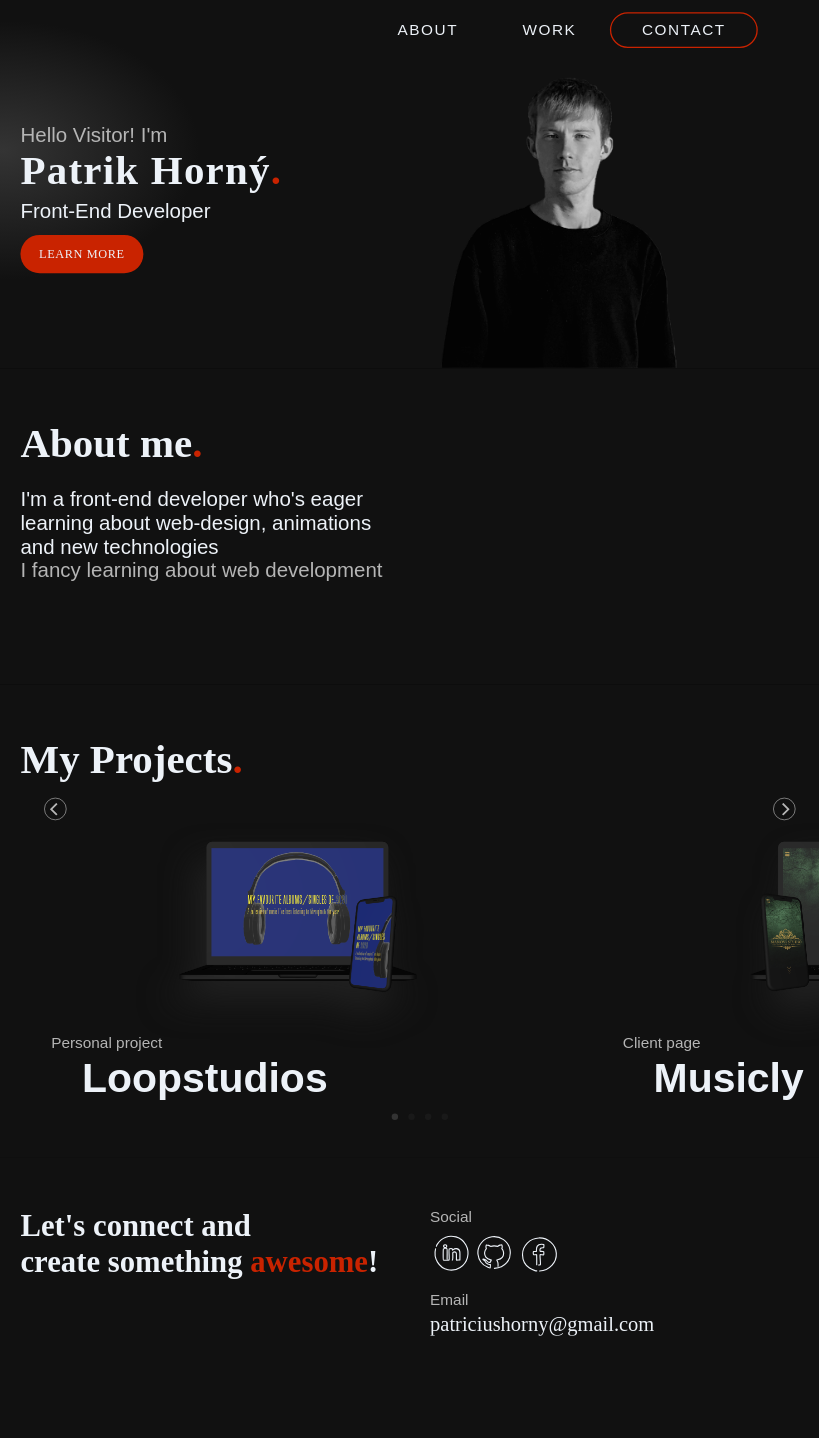
Repository: Spreceriany/portfolio
Page: index.html
An editor plug-in stored every save of this project. The page is shown before and after the next save, followed by the edit.
The browser window is 1280 px wide. The pictures show the whole page, at 64% of full size.
Some web fonts or font styles are not loaded; a fallback is used. The style sheet was rebuilt from its Sass, Less or Tailwind sources for each picture, by a compiler version that may differ from the author's.

Above is the page before, as saved 2021-03-11 15:26:12.

### index.html
<!DOCTYPE html>
<html lang="en">

<head>
    <meta charset="UTF-8">
    <meta http-equiv="X-UA-Compatible" content="IE=edge">
    <meta name="viewport" content="width=device-width, initial-scale=1.0">
    <title>Patrik Horny | Portfolio</title>
    <link rel="stylesheet" href="css/style.css">
    <link rel="preconnect" href="https://fonts.gstatic.com">
    <link href="https://fonts.googleapis.com/css2?family=Asul&family=Chivo:wght@900&display=swap" rel="stylesheet">
    <link rel="stylesheet" href="https://unpkg.com/flickity@2/dist/flickity.min.css">

</head>

<body>
    <header>
        <nav>
            <ul>
                <li><a href="#">About</a></li>
                <li><a href="#">Work</a></li>
                <li><a href="#">Contact</a></li>
            </ul>
            <div class="burger">
                <div class="line1"></div>
                <div class="line2"></div>
                <div class="line3"></div>
            </div>
        </nav>
    </header>

    <main>
        <section class="hero">
            <div class="hero__left-col">
                <p class="gray">Hello Visitor! I'm</p>
                <h1>Patrik Horný<span class="orange">.</span></h1>
                <p>Front-End Developer</p>
                <a href="#" class="btn">Learn more</a>

            </div>
            <div class="hero__right-col">
                <img src="./img/my_photo.png" alt="my-photo">

            </div>
        </section>

        <section class="about">
            <div class="about__left-col">
                <h2>About me<span class="orange">.</span></h2>
                <p>I'm a front-end developer who's eager learning about web-design, animations and new technologies
                </p>
                <p class="gray">I fancy learning about web development</p>
            </div>


        </section>

        <section class="work">
            <h2>My Projects<span class="orange">.</span></h2>
            <div class="carousel">

                <a class="work__item" href="https://musicly2020.netlify.app/">
                    <div class="block">
                        <img srcset="./img/musicly-mob/musicly-sm_aquzlh_c_scale,w_200.png 200w,
                        ./img/musicly-mob/musicly-sm_aquzlh_c_scale,w_662.png 611w,
                         ./img/musicly-lg.png  900w" src="./img/mobile/musicly-sm.png"  class="block-image" alt="musicly">

                        <small>Personal project</small>
                        <h3>Musicly 2020</h3>
                    </div>
                </a>

                <a class="work__item" href="https://manovistudio.dk/">
                    <div class="block">
                         <img srcset="./img/manovi-mob/manovistudio_euxpyv_c_scale,w_200.png 200w,
                         ./img/manovi-mob/manovistudio_euxpyv_c_scale,w_519.png 433w,
                         ./img/manovi-mob/manovistudio_euxpyv_c_scale,w_741.png 611w,
                         ./img/manovi-lg.png 900w"

                         src="./img/mobile/manovistudio.png" alt="manovistudio" class="block-image">
                         <small>Client page</small>
                         <h3>Manovistudio</h3>
                    </div>

                </a>

                <a class="work__item" href="https://wrappedgreen.netlify.app/">
                    <div class="block">
                          <img srcset="./img/wrapped-mob/wrapped-sm_lgvr6n_c_scale,w_200.png 200w,
                          ./img/wrapped-mob/wrapped-sm_lgvr6n_c_scale,w_583.png 433w,
                          ./img/wrapped-mob/wrapped-sm_lgvr6n_c_scale,w_848.png 644w,
                          ./img/wrapped-lg.png 900w"
                          src="./img/mobile/wrapped-sm.png" class="block-image" alt="wrappedgreen">
                          <small>Landing page</small>
                          <h3>Wrapped Green</h3>
                    </div>

                </a>



                <a class="work__item" href="https://loopstudiovr.netlify.app/">
                    <div class="block">
                        <img srcset="./img/loop-mob/loopstudios-sm_hzrmrv_c_scale,w_200.png 200w,
                        ./img/loop-mob/loopstudios-sm_hzrmrv_c_scale,w_433.png 433w,
                        ./img/loop-mob/loopstudios-sm_hzrmrv_c_scale,w_611.png 611w,
                        ./img/loop-lg.png 900w" src="./img/loop-mob/loopstudios-sm_hzrmrv_c_scale,w_200.png"
                    alt="loopstudios" class="block-image">
                        <small>Landing page</small>
                        <h3>Loopstudios</h3>

                    </div>

                </a>





            </div>

        </section>

        <section class="contact">
            <div class="contact__left-col">
                <h3>Let's connect and</h3>
                <h3>create something <span class="orange">awesome</span>! </h3>
            </div>

            <div class="contact__right-col">
                <small class="gray">Social
                </small>
                <ul>
                    <li><a href="https://www.linkedin.com/in/patrik-horn%C3%BD-42b797205/">
                            <?xml version="1.0" ?><svg height="256px" id="Layer_1" version="1.1" viewBox="0 0 256 256"
                                width="256px" xml:space="preserve" xmlns="http://www.w3.org/2000/svg"
                                xmlns:xlink="http://www.w3.org/1999/xlink">
                                <path class="st0"
                                    d="M34.367,105.308c-15.255,58.994,21.499,118.714,77.309,130.865c54.491,11.864,108.741-24.931,122.132-78.209  c13.576-54.011-18.103-112.414-72.055-127.246C77.289,8.035,39.505,84.527,39.501,88.37" />
                                <path class="st0"
                                    d="M106.662,168.972c-0.36-21.051,0.978-61.432-0.945-63.422  c-1.923-1.99-17.046-7.923-19.883-12.471c-2.838-4.548-2.011-13.662,8.126-13.674s11.419,8.666,8.78,14.31  c-2.64,5.644-17.584,9.811-19.288,12.105c-1.704,2.294-2.429,68.28,0,69.899c2.429,1.619,32.926,1.484,35.624-0.54  c2.699-2.024-3.374-67.47,0-69.09s17.407-1.889,19.162-1.079c1.754,0.81,0.675,7.692,1.889,8.366  c1.214,0.675,10.171-11.177,24.289-9.446c10.46,1.282,19.837,10.121,21.321,18.892s0.899,34.545,0.54,51.817  c-7.197,0.27-14.394,0.675-21.59,0.945c-0.27-14.574,1.08-33.6-0.81-43.586c-1.889-9.986-22.328-9.849-22.13,0  s1.619,43.586-2.699,43.451"
                                    id="linkedin" />
                            </svg>
                        </a></li>
                    <li><a href="https://github.com/Spreceriany">
                            <?xml version="1.0" ?><svg height="256px" id="Layer_2" version="1.1" viewBox="0 0 256 256"
                                width="256px" xml:space="preserve" xmlns="http://www.w3.org/2000/svg"
                                xmlns:xlink="http://www.w3.org/1999/xlink">
                                <path class="st0" d="M128.1,222.073" />
                                <path class="st0"
                                    d="M130.164,226.986c63.917-3.557,108.667-52.057,97.259-116.5c-9.288-52.47-60.722-87.613-112.739-80.577  C61.952,37.041,21.39,85.877,27.386,139.004c5.689,47.857,35.128,70.23,59.685,80.335c5.717,2.353,13.401,5.785,15.997,5.229  c2.596-0.556,1.763-14.95,1.763-21.889c-16,2.459-21.475-3.841-24.875-7.563c-3.857-4.222-6.125-8.563-10.063-14.938  s-11.063-4.875-11.813-8.563s15-2.688,26.313,11.25c8.188,10.146,16.928,7.089,21.625,4.188c0.154-1.612,0.526-3.775,1.438-6.188  c0.967-2.557,3.625-4.104,3.208-5.854c-0.417-1.75-21.804-0.577-34-17.667c-8.809-12.344-9.129-26.955-5.667-37.833  c2.322-7.297,6.196-12.443,8.833-15.417c-1.011-2.162-2.513-6.109-2.583-11.25c-0.076-5.549,1.554-9.796,2.583-12  c3.492,0.104,8.54,0.644,14.25,2.667c5.469,1.937,9.593,4.542,12.333,6.583c4.975-1.671,12.218-3.489,21.083-3.667  c10.135-0.203,18.344,1.819,23.667,3.583c2.616-2.336,6.987-5.648,13.167-7.917c4.489-1.648,8.518-2.229,11.5-2.417  c1.143,2.165,3.075,6.519,3.167,12.332c0.085,5.351-1.426,9.47-2.416,11.664c2.867,3.459,7.394,9.875,9.502,18.995  c0.751,3.249,4.857,20.981-6.996,36.24c-12.408,15.974-33.06,13.524-33.992,15.73c-0.932,2.206,3.964,6.297,6.266,14.877  c2.302,8.58,1.327,24.979,1.327,24.979" />
                            </svg>
                        </a></li>

                    <li><a href="https://www.facebook.com/profile.php?id=100007154296012">
                            <?xml version="1.0" ?><svg height="256px" id="Layer_1" version="1.1" viewBox="0 0 256 256"
                                width="256px" xml:space="preserve" xmlns="http://www.w3.org/2000/svg"
                                xmlns:xlink="http://www.w3.org/1999/xlink">
                                <g>
                                    <path class="st0"
                                        d="M118.489,204.01c0.668-30.724-0.583-59.627-0.514-61.433c0.099-2.572-16.945,1.061-19.046-1.053   c-2.101-2.114-3.309-18.205-0.521-19.591s15.355,1.129,18.007-0.526c2.652-1.655-11.513-55.269,46.601-43.421   c1.589,0.795-0.132,18.732-1.059,20.122c-0.927,1.39-12.708-1.787-19.062,3.177c-6.354,4.964-3.707,18.664-2.383,19.591   c1.324,0.927,20.188,0.198,21.445,1.589s1.456,18.798,0,20.122c-1.456,1.324-20.819-2.41-22.769-1.058   c-1.606,1.113,4.224,60.038,2.558,62.373c-1.666,2.335-7.731,2.133-11.56,2.226" />
                                    <path class="st0"
                                        d="M136.577,243.358c60.912-1.648,108.145-53.478,104.395-110.472c-3.662-55.647-54.02-97.612-108.923-95.753   C76.39,39.017,29.02,85.605,29.68,141.555c1.549,87.443,85.505,102.61,89.2,101.551" />
                                </g>
                            </svg>
                        </a></li>
                </ul>
                <small class="gray">Email</small>
                <a href="mailto:patriciushorny@gmail.com">patriciushorny@gmail.com</a>
            </div>

        </section>
    </main>

    <script src="https://unpkg.com/flickity@2/dist/flickity.pkgd.min.js"></script>

    <script src="js/script.js"></script>

</body>

</html>

### js/script.js
var elem = document.querySelector(".carousel");
var flkty = new Flickity(elem, {
  contain: true,

  prevNextButtons: true,
  pageDots: true,
  cellAlign: "left",
  contain: true,
  wrapAround:true,

});

### css/style.scss
@import "button/button";
@import "colors/colors";
@import "./mixin/mixin";
@import "./components/header";
@import "./components/hero";
@import "./components/about";

body {
  font-family: "Asul", "Chivo", sans-serif;
  margin: auto;
  max-width: 1920px;
  overflow-x: hidden;
  background: radial-gradient(
    59.93% 44.1% at -11.63% 36.77%,
    #343434 0%,
    #111111 100%
  );
}

* {
  box-sizing: border-box;
  margin: 0;
  padding: 0;
  -webkit-font-smoothing: antialiased;
  -moz-osx-font-smoothing: grayscale;
}




main {
  margin: 0 auto;
  background-color: black;
}





.work {
  width: 100%;
  padding: 5em 0;
  position: relative;
  background-color: $black;
  padding-left: 2em;
  h2 {
    color: $white-ish;
    font-family: "Chivo";

    @include clamping(2rem, 5vw, 6rem);

  }
  &__item {
    position: relative;
    width: 69%;
    height: 100%;
    margin-right: 2em;
    display: flex;
    flex-direction: column;
    padding-bottom: 2em;


    .link{
      opacity:0;
      position: absolute;
      top: 100%;
      left: 24%;
      text-decoration: none;
      color: $white-ish;
      border:1px solid $white-ish;
    }


    .block{
      height: 100%;
    }
    .block:hover {
      .link{
        opacity:1;
        z-index: 5;
      }



    }
    img {
      width: 100%;
      height: 100%;
      object-fit: contain;
      position: relative;
    }
    &:nth-child(odd) img {
      filter: drop-shadow(-17px 31px 25px rgb(32, 32, 32));
    }
    &:nth-child(even) img {
      filter: drop-shadow(20px 31px 25px rgb(32, 32, 32));
    }

    small {
      display: block;
      color: $gray;
      font-size: clamp(0.8rem, 3vw, 1.5rem);
    }
    h2 {
      color: $white-ish;
      font-family: "Asul";
      letter-spacing: 0.02em;
      padding-left: 0;
      font-weight: normal;
      @include clamping(1.7rem, 5vw, 6rem);
    }

    h3{
      @include clamping(1.7rem, 5vw, 4rem);
      color: $white-ish;
      position: relative;
      display: inline-block;
      color: $orange;
      overflow: hidden;
      background: linear-gradient(to right, $orange, $orange 50%, $white-ish 50%);
      background-clip: text;
      -webkit-background-clip: text;
      -webkit-text-fill-color: transparent;
      background-size: 200% 100%;
      background-position: 100%;
      transition: background-position 275ms ease;
      text-decoration: none;
      &:hover {
        background-position: 0 100%;
      }
    }

    small,
    h3 {
      position: absolute;
      margin-top: 1.5em;
      top: 74%;
      padding-left: 2em;

      @media(min-width:1000px){
        margin-top:  0.8em;
      }
    }
  }
}

.carousel{
  width:100%;
  height:50vh;
  @media(min-width:1212px){
    height: 70vh;
  }

}




.flickity-viewport{
  height: 100% !important;
}

.contact{
  width: 100%;
  padding: 5em 0 10em 0em;
  background: $black;
  color: $white-ish;
  display: grid;
  grid-template-columns: 1fr;
  @media(min-width:556px){
    grid-template-columns: 1fr 1fr;
  }


  &__left-col{
    margin-bottom: 2em;
    font-family: 'Asul';
    padding: 0em 2em;
    @media(max-width:556px){
      padding: 0;
    }
    h3{
      @include clamping(2rem, 5vw, 3rem);


      .orange{

        font-weight: bold;


      }
    }
  }

  &__right-col{
    display: flex;
    flex-direction: column;
    @media(max-width:556px){
      padding:0;
    }
    padding: 0em 2em;

    small{
      @include clamping(.9rem,3vw ,1.5rem );
      margin-bottom: .2em ;
    }

    svg {
      width: 100%;
      height: 100%;
      fill: none;
      stroke: #edf2f8;
      stroke-width: 7;
      stroke-linecap: round;
      stroke-linejoin: round;
      stroke-miterlimit: 10;
      transition: stroke 0.3s, transform 0.3s ease-in;
      &:hover {
        stroke: $orange !important;
        transform: translateY(-2px);
      }
    }

    ul {
      list-style-type: none;
      li {
        display: inline-flex;
        width: 3em;
        @media(min-width:556px){
          width: 4em;
          margin-bottom: 1.5em;
        }
        img {
          width: 100%;
        }
      }
    }

    a{
      @include clamping(1.5rem, 5vw, 2rem);
      position: relative;
      display: inline-block;
      color: $orange;
      overflow: hidden;
      background: linear-gradient(to right, $orange, $orange 50%, $white-ish 50%);
      background-clip: text;
      -webkit-background-clip: text;
      -webkit-text-fill-color: transparent;
      background-size: 200% 100%;
      background-position: 100%;
      transition: background-position 275ms ease;
      text-decoration: none;
      font-family: 'Chivo';
      &:hover {
        background-position: 0 100%;
      }
    }
  }
}

.flickity-prev-next-button{
  top: 8% !important;
  width: 27px !important;
  height: 27px !important;
  border-radius: 50% !important;
  transform: translateY(-50%);
  margin: 0 1em;

  @media(min-width:556px){
    margin:0 2em;
    width: 35px !important;;
    height: 35px !important;
  }
}

.flickity-button {
  position: absolute;
  background: transparent !important;
  border: 1px solid $gray !important;
  color: $gray !important;
}

.flickity-button-icon:focus-within, .flickity-button-icon:hover{
  color: $orange;
}

.block:hover .block-image{
  opacity: .5;

}

.block:hover::before{
  content: 'See project';
  position: absolute;
  width: 14%;
  height: 2%;
  top: 38%;
  color: #edf2f8;
  border: 1px solid #edf2f8;
  left: 0;
  z-index: 10;
  padding: 1em .6em;
  text-align: center;
  left: 41%;
}

### css/button/button.scss
@import "/css/colors/colors";
@import "/css/mixin/mixin";

.btn {
    background-color: $orange;
    padding: 1em 0.7em;
    color: $white-ish;
    border-radius: 9999px;
    width: 10em;
    flex-shrink: 0;
    text-align: center;
    text-decoration: none;
    text-transform: uppercase;
    font-family: "Chivo";
    letter-spacing: 0.05em;
    margin: 1em 0;
    @include clamping(.8rem,3vw ,1.2rem );
    &:hover {
      background-color: transparent;
    }
    @media(min-width:556px){

      padding: 1em .5em;

    }
  }

### css/colors/_colors.scss
$white-ish: #edf2f8;
$orange: rgb(201, 35, 0);
$gray: #b5b5b5;
$black: #111111;

.orange {
    color: $orange;
  }

.gray {
color: $gray;
}

### css/mixin/_mixin.scss
@mixin clamping($min, $mid, $max) {
  font-size: clamp($min, $mid, $max);
}

@mixin grid($breakpoint) {
  display: grid;
  grid-template-columns: 1fr;
  @media (min-width: $breakpoint) {
    grid-template-columns: 1fr 1fr;
  }
}

### css/components/_header.scss
@import "../colors/colors";
@import "../mixin/mixin";

header {
    max-width: 1440px;
    margin: 0 auto;
    min-height: 13vh;
    position: absolute;
    top: 0;
    left: 0;
    right: 0;
    display: flex;
    justify-content: flex-end;
    z-index: 2;
    nav {
      min-height: 10vh;
      display: flex;
      align-items: center;
      top: 0;
      right: 0;

      .burger {
        cursor: pointer;
        margin-right: 2em;
        @media (min-width: 996px) {
          display: none;
        }
        div {
          background-color: $orange;
          margin: 0.3em;
          transition: transform 500ms ease, opacity 500ms ease, width 500ms ease;
          &:nth-child(1) {
            width: 1.5em;
            height: 0.2em;
          }
          &:nth-child(2) {
            width: 1em;
            height: 0.2em;
          }

          &:nth-child(3) {
            width: 0.6em;
            height: 0.2em;
          }
        }
      }

      ul {
        margin-left: auto;
        display: none;
        @media (min-width: 992px) {
          display: block;
        }

        li {
          display: inline-block;
          padding: 0.5em 2em;
          font-size: 1.5rem;
          text-transform: uppercase;
          cursor: pointer;

          &:last-of-type {
            border: 2px solid $orange;
            border-radius: 9999px;
            background-image: linear-gradient($orange, $orange);
            background-position: 50% 50%;
            background-repeat: no-repeat;
            background-size: 0% 100%;
            transition: background-size 0.3s;
            margin-right: 4em;
            &:hover {
              background-size: 100% 100%;
            }
          }

          &:not(:last-child) a:hover {
            color: $orange;
          }
          a {
            width: 100%;
            text-decoration: none;
            color: $white-ish;
            letter-spacing: 0.1em;
            transition: color 0.3s ease-out;
          }
        }
      }
    }
  }

### css/components/_hero.scss
@import "../colors/colors";
@import "../mixin/mixin";

.hero {
    width: 100%;

    margin: 0 auto;
    min-height: 80vh;
    @media(min-width:556px){
      max-height: 100vh;
    }
    background: radial-gradient(
      59.93% 44.1% at -11.63% 36.77%,
      #343434 0%,
      #111111 100%
    );
    @media(min-width:556px){
      background: radial-gradient(23.93% 35.1% at 0.37% 40.77%, #343434 0%, #111111 100%);
    }
    align-items: center;
    color: $white-ish;
    position: relative;
    @include grid(556px);

    &__left-col {
      display: flex;
      flex-direction: column;
      padding-left: 2em;
      padding-top: 4em;
      ul {
        list-style-type: none;
        li {
          display: inline-flex;
          width: 2em;
          img {
            width: 100%;
          }
        }
      }

      p {
        @include clamping(1rem, 3vw, 2rem);
      }

      h1 {
        @include clamping(2rem, 5vw, 6rem);
        margin-bottom: 0.1em;
        letter-spacing: 0.03em;
        font-family: "Chivo";
      }
    }

    &__right-col {
      position: relative;

      display: flex;
      flex-direction: column;
      align-items: flex-end;
      width: 100%;
      height: 100%;
      &::after {
        content: "";
        position: absolute;
        width: 100%;
        height: 100%;
        bottom: 0;
        left: 0;
        box-shadow: inset 0 -10px 10px -10px #000000;
        @media(min-width:556px){
          box-shadow: none;
        }
      }
      img {
        position: absolute;
        width: 70%;
        right: 0;
        bottom: 0;
        @media(min-width:556px){
          max-width: 90%;
          object-fit: contain;
          height: 80%;
          left:0;
          right: auto;
        }
      }
    }
  }

### css/components/_about.scss
@import "../colors/colors";
@import "../mixin/mixin";


.about {
    width: 100%;
    padding: 5em 0 10em 0;
    background-color: #111111;
    color: $white-ish;
    display: grid;

    @include grid(556px);
    &__left-col {
      padding: 0 2em;
      h2 {
        font-family: "Chivo";
        @include clamping(2rem, 5vw, 6rem);
        margin-bottom: 0.5em;
      }
      p{
        @include clamping(1.2rem, 3vw, 2rem);
      }
    }


  }

After the next save:
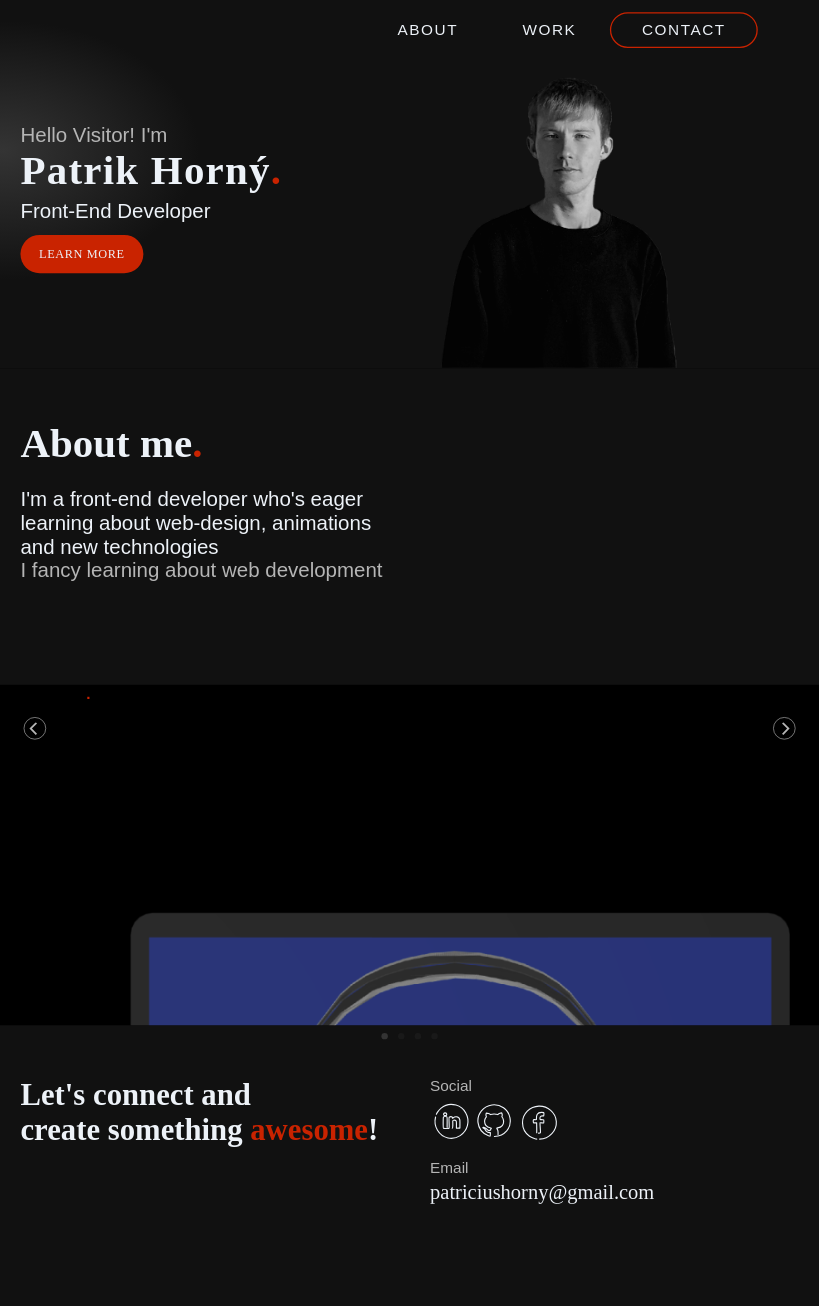
Saved 17 s later.
--- a/css/style.scss
+++ b/css/style.scss
@@ -37,112 +37,7 @@ main {
 
 
 
-.work {
-  width: 100%;
-  padding: 5em 0;
-  position: relative;
-  background-color: $black;
-  padding-left: 2em;
-  h2 {
-    color: $white-ish;
-    font-family: "Chivo";
-
-    @include clamping(2rem, 5vw, 6rem);
-
-  }
-  &__item {
-    position: relative;
-    width: 69%;
-    height: 100%;
-    margin-right: 2em;
-    display: flex;
-    flex-direction: column;
-    padding-bottom: 2em;
-
-
-    .link{
-      opacity:0;
-      position: absolute;
-      top: 100%;
-      left: 24%;
-      text-decoration: none;
-      color: $white-ish;
-      border:1px solid $white-ish;
-    }
-
-
-    .block{
-      height: 100%;
-    }
-    .block:hover {
-      .link{
-        opacity:1;
-        z-index: 5;
-      }
-
-
-
-    }
-    img {
-      width: 100%;
-      height: 100%;
-      object-fit: contain;
-      position: relative;
-    }
-    &:nth-child(odd) img {
-      filter: drop-shadow(-17px 31px 25px rgb(32, 32, 32));
-    }
-    &:nth-child(even) img {
-      filter: drop-shadow(20px 31px 25px rgb(32, 32, 32));
-    }
-
-    small {
-      display: block;
-      color: $gray;
-      font-size: clamp(0.8rem, 3vw, 1.5rem);
-    }
-    h2 {
-      color: $white-ish;
-      font-family: "Asul";
-      letter-spacing: 0.02em;
-      padding-left: 0;
-      font-weight: normal;
-      @include clamping(1.7rem, 5vw, 6rem);
-    }
-
-    h3{
-      @include clamping(1.7rem, 5vw, 4rem);
-      color: $white-ish;
-      position: relative;
-      display: inline-block;
-      color: $orange;
-      overflow: hidden;
-      background: linear-gradient(to right, $orange, $orange 50%, $white-ish 50%);
-      background-clip: text;
-      -webkit-background-clip: text;
-      -webkit-text-fill-color: transparent;
-      background-size: 200% 100%;
-      background-position: 100%;
-      transition: background-position 275ms ease;
-      text-decoration: none;
-      &:hover {
-        background-position: 0 100%;
-      }
-    }
-
-    small,
-    h3 {
-      position: absolute;
-      margin-top: 1.5em;
-      top: 74%;
-      padding-left: 2em;
-
-      @media(min-width:1000px){
-        margin-top:  0.8em;
-      }
-    }
-  }
-}
+
 
 .carousel{
   width:100%;
